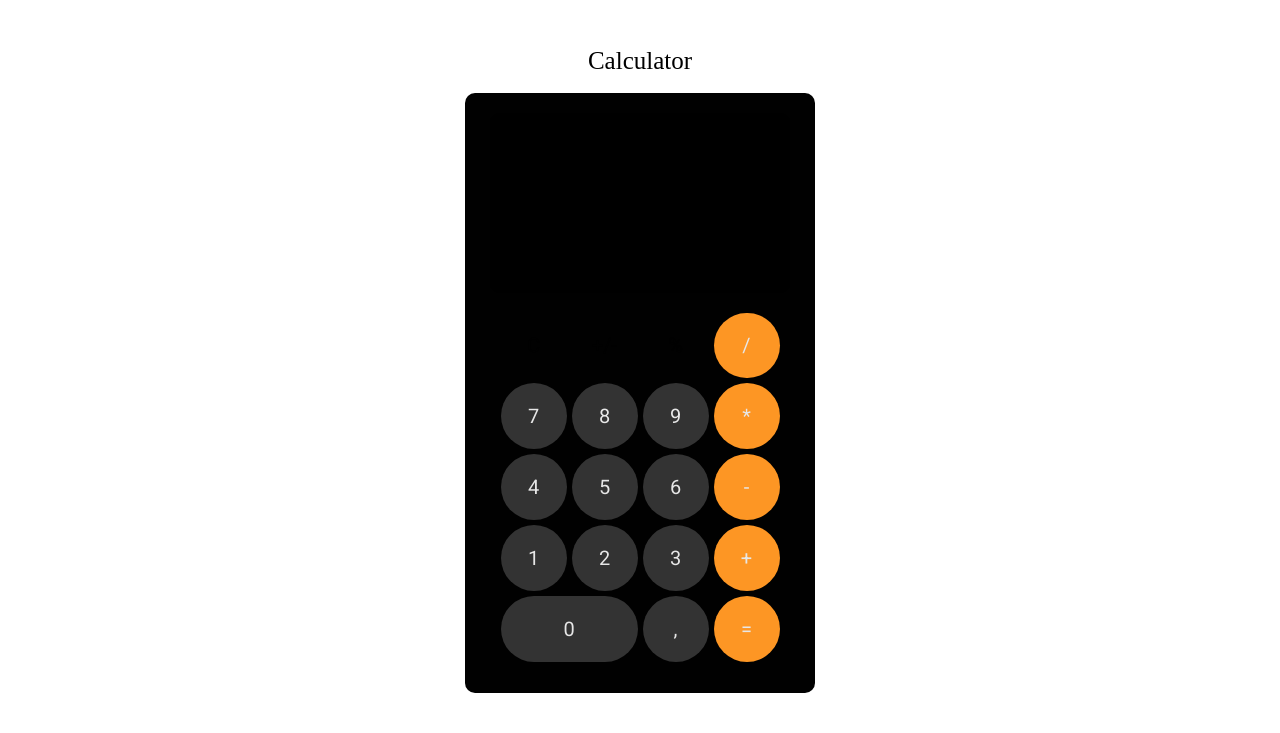
Repository: Gibon9/SimpleCalc
Page: index.html
The author's editor kept a copy of each file at every save. The page is drawn from the files as they stood at one save, then again after the next save.
The browser window is 1280 px wide. The pictures show the whole page.
Some web fonts or font styles are not loaded; a fallback is used.

Above is the page before, as saved 2020-11-27 19:40:42.

### index.html
<!DOCTYPE html>
<html lang="en">
  <head>
    <meta charset="UTF-8" />
    <meta name="viewport" content="width=device-width, initial-scale=1.0" />
    <link rel="stylesheet" href="style/reset.css" />
    <link rel="stylesheet" href="style/style.css" />
    <title>Calculator</title>
  </head>

  <body>
    <main class="main">
      <h1 class="title">Calculator</h1>
      <section class="clac">
        <div class="calc-display" id="display"></div>
        <section class="keyboard" id="keyboard">
          <button class="calc-button calc-button-secondary c-btn" id="clear">
            C
          </button>
          <button
            class="calc-button calc-button-secondary plus-minus-btn"
            id="plus-minus"
          >
            +/-
          </button>
          <button
            class="calc-button calc-button-secondary percent-btn"
            id="percent"
          >
            %
          </button>
          <button class="calc-button one-btn" id="btn1">1</button>
          <button class="calc-button two-btn" id="btn2">2</button>
          <button class="calc-button three-btn" id="btn3">3</button>
          <button class="calc-button four-btn" id="btn4">4</button>
          <button class="calc-button five-btn" id="btn5">5</button>
          <button class="calc-button six-btn" id="btn6">6</button>
          <button class="calc-button seven-btn" id="btn7">7</button>
          <button class="calc-button eight-btn" id="btn8">8</button>
          <button class="calc-button nine-btn" id="btn9">9</button>
          <button class="calc-button zero-btn" id="btn0">0</button>
          <button class="calc-button calc-button-operation plus-btn" id="plus">
            +
          </button>
          <button
            class="calc-button calc-button-operation minus-btn"
            id="minus"
          >
            -
          </button>
          <button
            class="calc-button calc-button-operation divide-btn"
            id="divide"
          >
            /
          </button>
          <button
            class="calc-button calc-button-operation multiply-btn"
            id="multiply"
          >
            *
          </button>
          <button
            class="calc-button calc-button-operation equal-btn"
            id="equal"
          >
            =
          </button>
          <button class="calc-button coma-btn" id="coma">,</button>
        </section>
      </section>
    </main>
    <script src="./index.js"></script>
  </body>
</html>

### style/style.css
@import url("https://fonts.googleapis.com/css2?family=Roboto&family=Saira+Stencil+One&display=swap");

:root {
  --background-color: #010101;
  --display-color: black;
  --primary-btn-color: ##a5a5a5;
  --secondary-color: #333333;
  --secondary-btn-color: #fd9624;
  --text-color: #e7e7e7;
}

.calc-display,
.title {
  font-family: "Saira Stencil One", cursive;
}

.calc-button {
  font-family: "Roboto", sans-serif;
}

.main {
  display: flex;
  flex-direction: column;
  justify-content: center;
  align-items: center;
  width: 100vw;
  height: 100vh;
}

.title {
  font-size: 25px;
  margin: 20px 0;
}

.clac {
  width: 350px;
  height: 600px;
  background-color: var(--background-color);
  border-radius: 10px;
}

.calc-display {
  margin: 20px auto;
  width: 300px;
  height: 30%;
  background-color: var(--display-color);
  color: var(--primary-color);
  border-radius: 10px;
  font-size: 40px;
}

.keyboard {
  height: 70%;
  display: grid;
  grid-template-columns: repeat(10, 1fr);
  grid-template-rows: repeat(12, 1fr);
  gap: 5px 5px;
}

.calc-button {
  font-size: 20px;
  color: var(--text-color);
  background-color: var(--secondary-color);
  border-radius: 50%;
  border: none;
}

.calc-button-operation {
  background-color: var(--secondary-btn-color);
}

.calc-button-secondary {
  background-color: var(--primary-btn-color);
  color: var(--background-color);
}

.c-btn {
  grid-column: 2/4;
  grid-row: 1/3;
}

.plus-minus-btn {
  grid-column: 4/6;
  grid-row: 1/3;
}

.percent-btn {
  grid-column: 6/8;
  grid-row: 1/3;
}

.divide-btn {
  grid-column: 8/10;
  grid-row: 1/3;
}

.seven-btn {
  grid-column: 2/4;
  grid-row: 3/5;
}

.eight-btn {
  grid-column: 4/6;
  grid-row: 3/5;
}

.nine-btn {
  grid-column: 6/8;
  grid-row: 3/5;
}

.multiply-btn {
  grid-column: 8/10;
  grid-row: 3/5;
}

.four-btn {
  grid-column: 2/4;
  grid-row: 5/7;
}

.five-btn {
  grid-column: 4/6;
  grid-row: 5/7;
}

.six-btn {
  grid-column: 6/8;
  grid-row: 5/7;
}

.minus-btn {
  grid-column: 8/10;
  grid-row: 5/7;
}

.one-btn {
  grid-column: 2/4;
  grid-row: 7/9;
}

.two-btn {
  grid-column: 4/6;
  grid-row: 7/9;
}

.three-btn {
  grid-column: 6/8;
  grid-row: 7/9;
}

.plus-btn {
  grid-column: 8/10;
  grid-row: 7/9;
}

.zero-btn {
  grid-column: 2/6;
  grid-row: 9/11;
  border-radius: 50px;
}

.coma-btn {
  grid-column: 6/8;
  grid-row: 9/11;
}

.equal-btn {
  grid-column: 8/10;
  grid-row: 9/11;
}

Loaded but not shown: style/reset.css (common file); index.js (no copy from this time; the picture is the same without it)

After the next save:
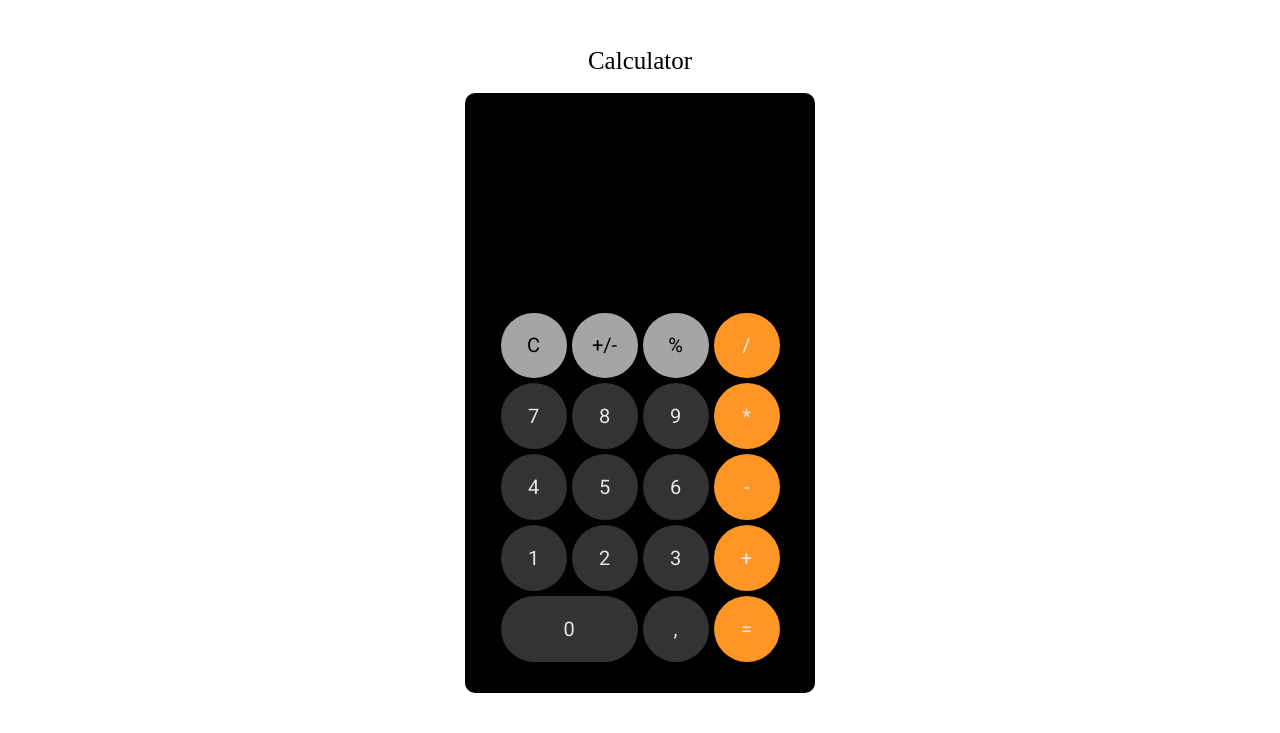
Saved 25 s later.
--- a/style/style.css
+++ b/style/style.css
@@ -3,7 +3,7 @@
 :root {
   --background-color: #010101;
   --display-color: black;
-  --primary-btn-color: ##a5a5a5;
+  --primary-btn-color: #a5a5a5;
   --secondary-color: #333333;
   --secondary-btn-color: #fd9624;
   --text-color: #e7e7e7;
